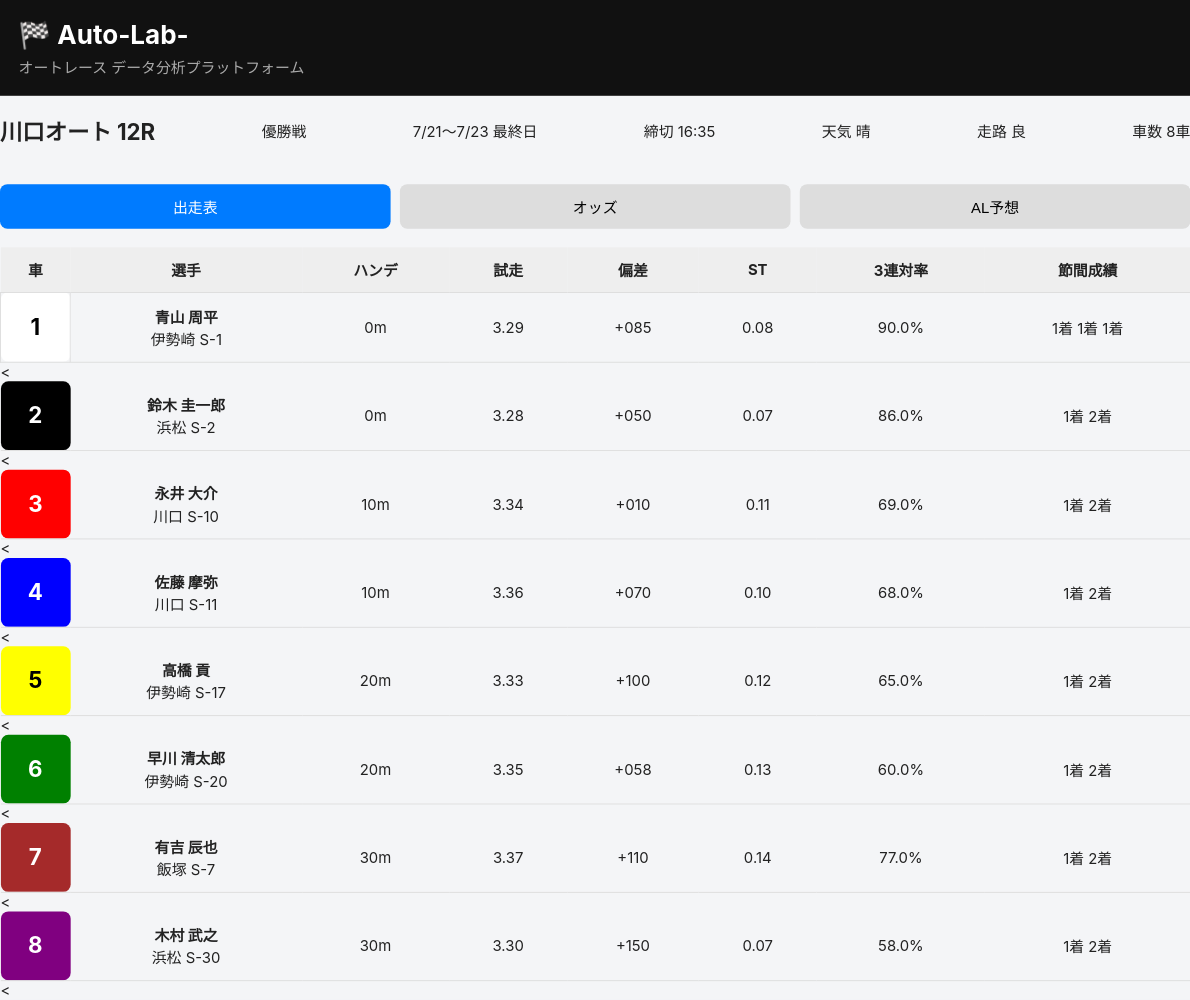
Repository: autorace-lab/Auto-Lab--main
Page: race.html
An editor plug-in stored every save of this project. The page is shown before and after the next save, followed by the edit.
The browser window is 1280 px wide. The pictures show the whole page, at 93% of full size.

Above is the page before, as saved 2026-08-01 23:51:51.

After the next save:
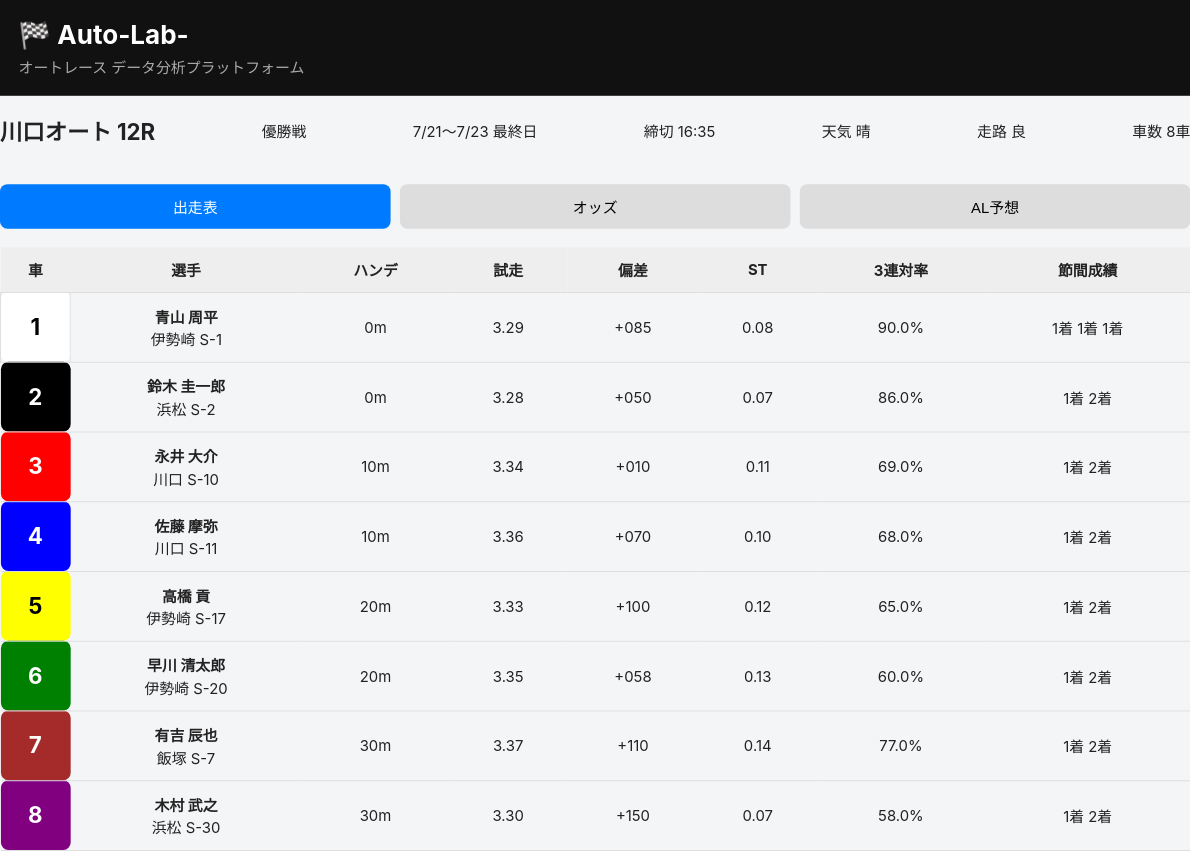
Saved 3 min 22 s later.
--- a/script.js
+++ b/script.js
@@ -481,14 +481,8 @@ table.innerHTML += `
 ${player.place} ${player.rank}
 </td>
 
-<<td>
-    ${
-        handicapMode
-        ? (calcDeployBuff(player) >= 0
-            ? "+" + calcDeployBuff(player) + "%"
-            : calcDeployBuff(player) + "%")
-        : player.handicap
-    }
+<td>
+    ${player.handicap}
 </td>
 
 <td class="trial-time">${Number(player.time).toFixed(2)}</td>
@@ -1240,13 +1234,12 @@ function toggleHandicap(){
     });
 
     createAbilityTable();
-colorScoreRank();
-
-colorScoreRank();
-colorDevelopmentScoreRank();
-
-}
-
+    createDevelopmentTable();
+
+    colorScoreRank();
+    colorDevelopmentScoreRank();
+
+}
 
 
 function colorTripleRateRank(){
